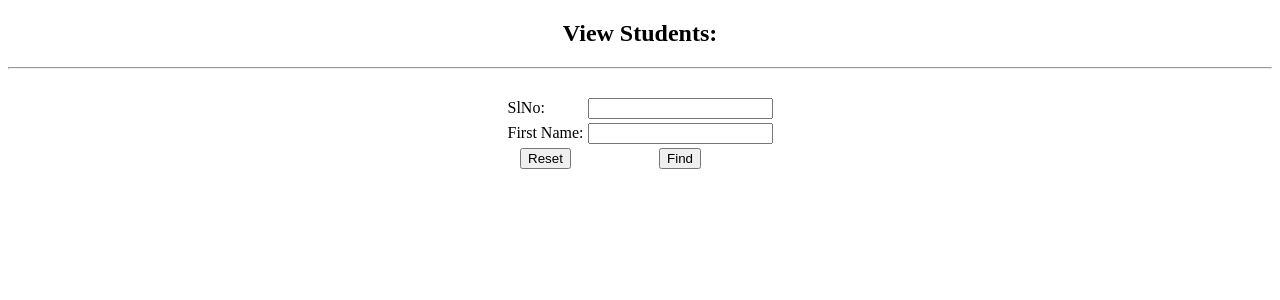
Repository: mdzeyan/JavaFSD-phase2-project
Page: Learners_Academy/src/main/webapp/ViewStudentsList.html
The author's editor kept a copy of each file at every save. The page is drawn from the files as they stood at one save, then again after the next save.
The browser window is 1280 px wide. The pictures show the whole page.

Above is the page before, as saved 2022-03-29 12:55:17.

After the next save:
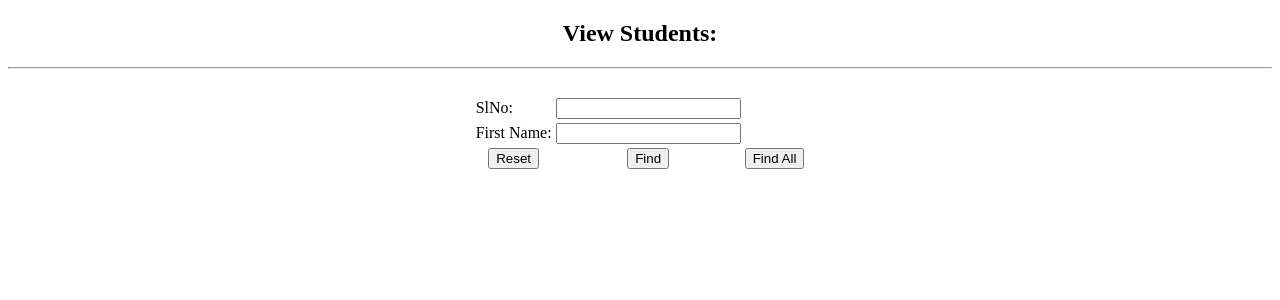
Saved 38 s later.
--- a/Learners_Academy/src/main/webapp/ViewStudentsList.html
+++ b/Learners_Academy/src/main/webapp/ViewStudentsList.html
@@ -22,6 +22,7 @@
 		<tr>
 			<td align="center"><input type="reset" value="Reset"></td>
 			<td align="center"><input type="submit" value="Find" name="button"></td>
+			<td align="center"><input type="submit" value="Find All" name="button"></td>
 		</tr>
 
 	</table>
